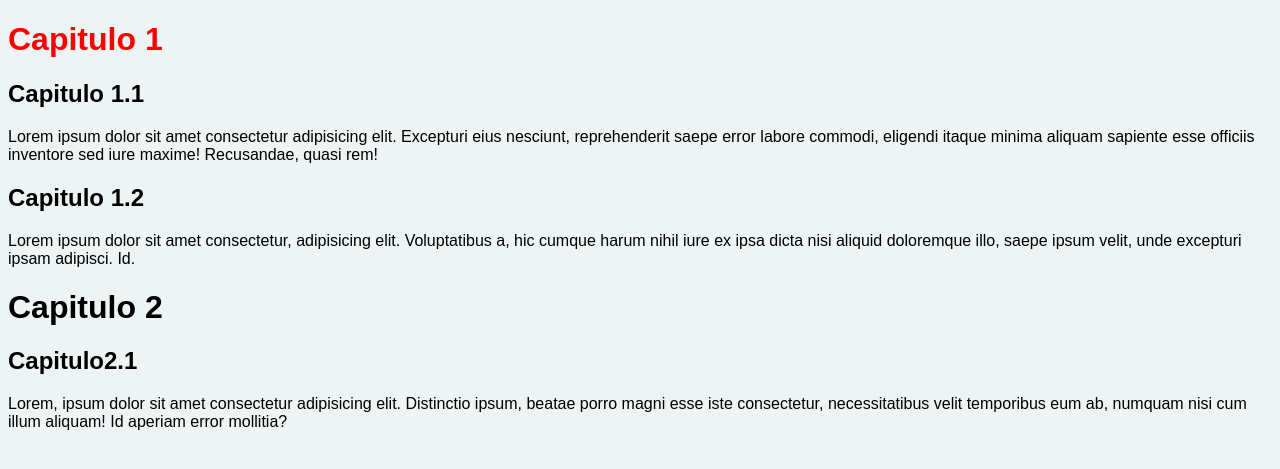
Repository: Guillermomarcon/exercicios
Page: ex013.1/index.html
The author's editor kept a copy of each file at every save. The page is drawn from the files as they stood at one save, then again after the next save.
The browser window is 1280 px wide. The pictures show the whole page.

Above is the page before, as saved 2020-12-31 15:34:29.

### ex013.1/index.html
<!DOCTYPE html>
<html lang="pt-br">
<head>
    <meta charset="UTF-8">
    <meta name="viewport" content="width=device-width, initial-scale=1.0">
    <title>Estilos in-line</title>
    <link rel="shortcut icon" href="imagens/favicon-16x16.png" type="image/x-icon">
</head>
<body style="background-color: rgb(238, 243, 243); font-family: Arial, Helvetica, sans-serif;">
    <h1 style="color: red;">Capitulo 1</h1>
    <h2>Capitulo 1.1</h2>
    <p style="t">
        Lorem ipsum dolor sit amet consectetur adipisicing elit. Excepturi eius nesciunt, reprehenderit saepe error labore commodi, eligendi itaque minima aliquam sapiente esse officiis inventore sed iure maxime! Recusandae, quasi rem!
    </p>
    <h2>Capitulo 1.2</h2>
    <p>
        Lorem ipsum dolor sit amet consectetur, adipisicing elit. Voluptatibus a, hic cumque harum nihil iure ex ipsa dicta nisi aliquid doloremque illo, saepe ipsum velit, unde excepturi ipsam adipisci. Id.
    </p>
    <h1>Capitulo 2</h1>
    <h2>Capitulo2.1</h2>
    <p>
        Lorem, ipsum dolor sit amet consectetur adipisicing elit. Distinctio ipsum, beatae porro magni esse iste consectetur, necessitatibus velit temporibus eum ab, numquam nisi cum illum aliquam! Id aperiam error mollitia?
    </p>




</body>
</html>

After the next save:
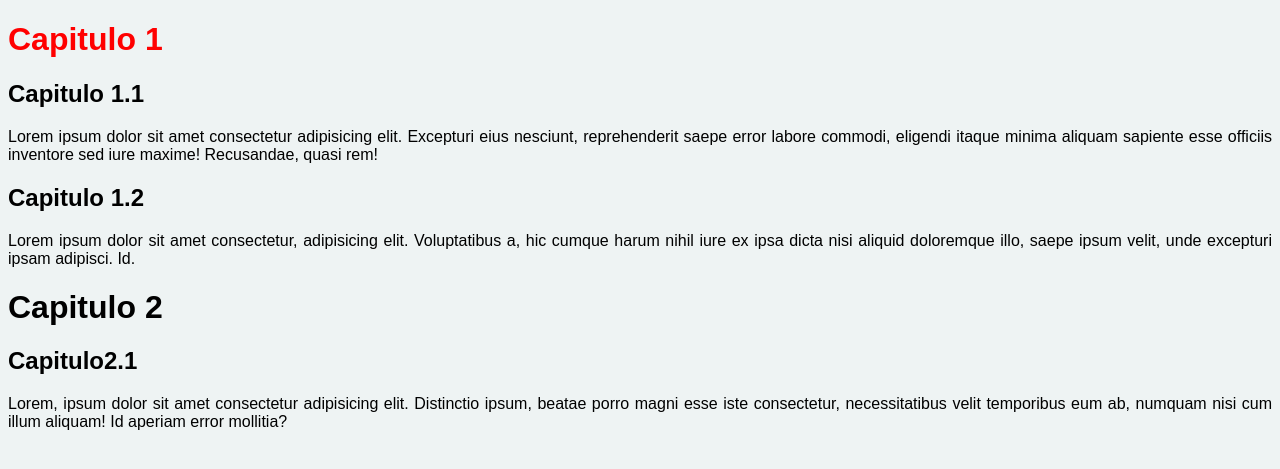
Saved 3 s later.
--- a/ex013.1/index.html
+++ b/ex013.1/index.html
@@ -9,16 +9,16 @@
 <body style="background-color: rgb(238, 243, 243); font-family: Arial, Helvetica, sans-serif;">
     <h1 style="color: red;">Capitulo 1</h1>
     <h2>Capitulo 1.1</h2>
-    <p style="t">
+    <p style="text-align: justify;">
         Lorem ipsum dolor sit amet consectetur adipisicing elit. Excepturi eius nesciunt, reprehenderit saepe error labore commodi, eligendi itaque minima aliquam sapiente esse officiis inventore sed iure maxime! Recusandae, quasi rem!
     </p>
     <h2>Capitulo 1.2</h2>
-    <p>
+    <p style="text-align: justify;">
         Lorem ipsum dolor sit amet consectetur, adipisicing elit. Voluptatibus a, hic cumque harum nihil iure ex ipsa dicta nisi aliquid doloremque illo, saepe ipsum velit, unde excepturi ipsam adipisci. Id.
     </p>
     <h1>Capitulo 2</h1>
     <h2>Capitulo2.1</h2>
-    <p>
+    <p style="text-align: justify;">
         Lorem, ipsum dolor sit amet consectetur adipisicing elit. Distinctio ipsum, beatae porro magni esse iste consectetur, necessitatibus velit temporibus eum ab, numquam nisi cum illum aliquam! Id aperiam error mollitia?
     </p>
 

After the save that followed:
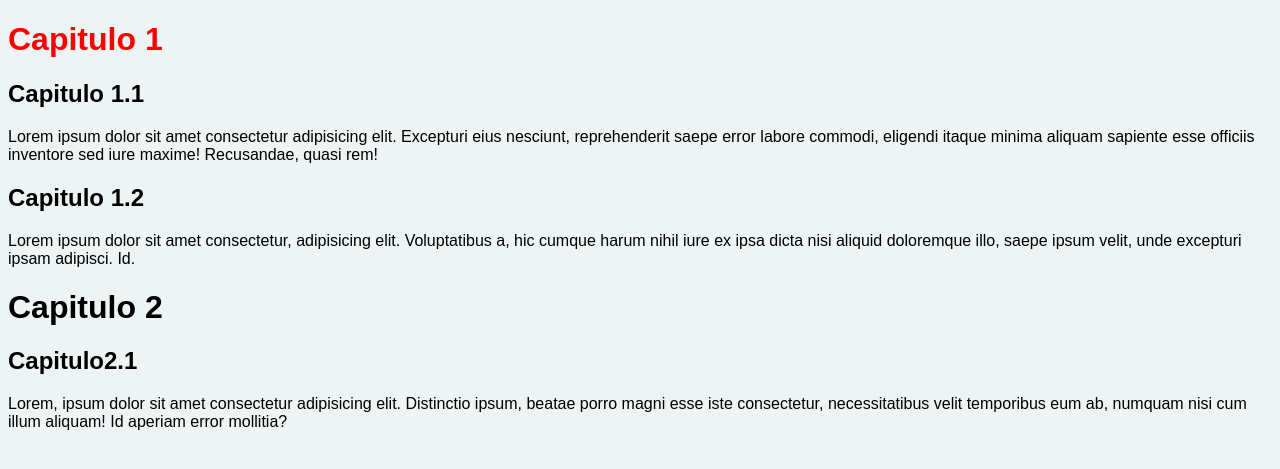
Saved 1 s later.
--- a/ex013.1/index.html
+++ b/ex013.1/index.html
@@ -9,16 +9,16 @@
 <body style="background-color: rgb(238, 243, 243); font-family: Arial, Helvetica, sans-serif;">
     <h1 style="color: red;">Capitulo 1</h1>
     <h2>Capitulo 1.1</h2>
-    <p style="text-align: justify;">
+    <p style="text-align: ;">
         Lorem ipsum dolor sit amet consectetur adipisicing elit. Excepturi eius nesciunt, reprehenderit saepe error labore commodi, eligendi itaque minima aliquam sapiente esse officiis inventore sed iure maxime! Recusandae, quasi rem!
     </p>
     <h2>Capitulo 1.2</h2>
-    <p style="text-align: justify;">
+    <p>
         Lorem ipsum dolor sit amet consectetur, adipisicing elit. Voluptatibus a, hic cumque harum nihil iure ex ipsa dicta nisi aliquid doloremque illo, saepe ipsum velit, unde excepturi ipsam adipisci. Id.
     </p>
     <h1>Capitulo 2</h1>
     <h2>Capitulo2.1</h2>
-    <p style="text-align: justify;">
+    <p>
         Lorem, ipsum dolor sit amet consectetur adipisicing elit. Distinctio ipsum, beatae porro magni esse iste consectetur, necessitatibus velit temporibus eum ab, numquam nisi cum illum aliquam! Id aperiam error mollitia?
     </p>
 
